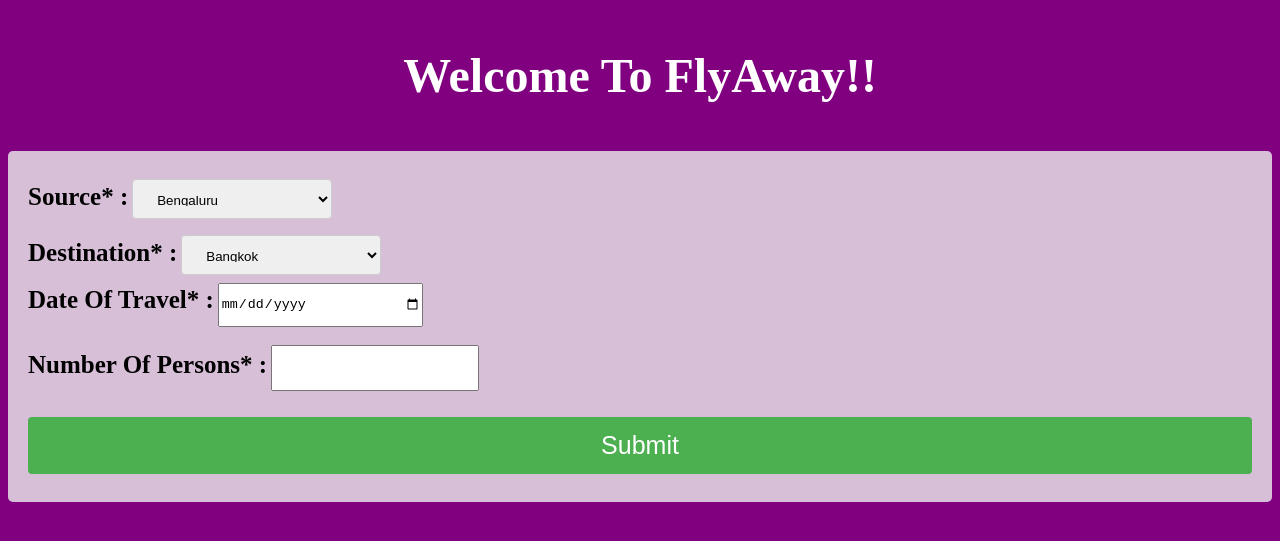
Repository: KanimozhiThandapani/Phase2AirlineBookingProject
Page: http://localhost/AirlineBooking/homepage.jsp
An editor plug-in stored every save of this project. The page is shown before and after the next save, followed by the edit.
The browser window is 1280 px wide. The pictures show the whole page.
The page is served by Tomcat 9.

Above is the page before, as saved 2022-04-22 10:51:53.

After the next save:
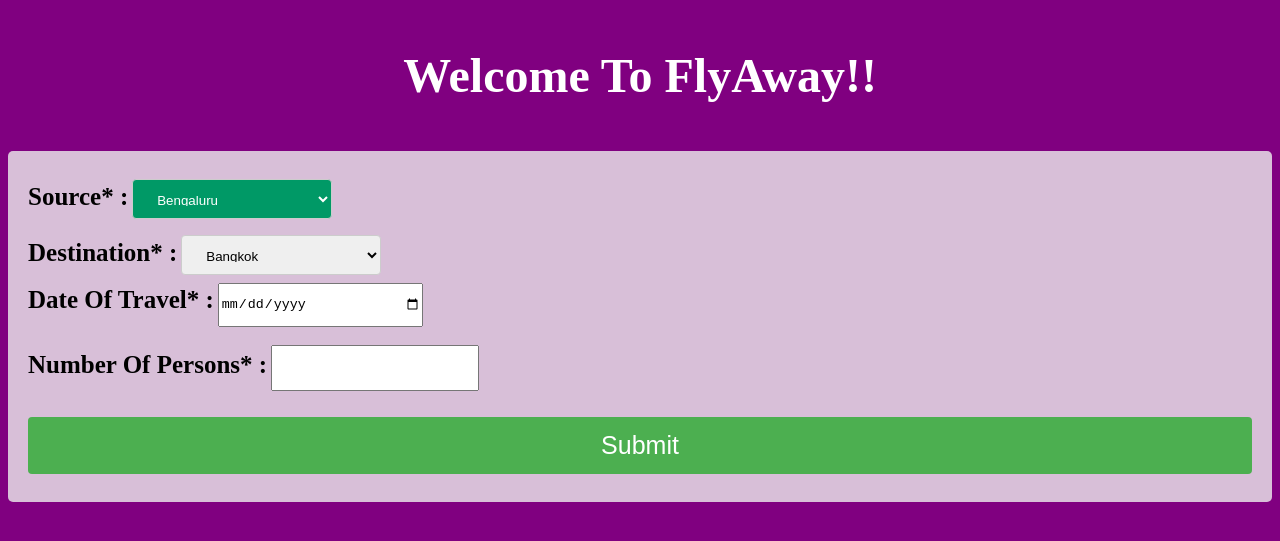
Saved 2 min 7 s later.
--- a/AirlineBooking/WebContent/homepage.jsp
+++ b/AirlineBooking/WebContent/homepage.jsp
@@ -49,7 +49,7 @@ h3 {
   <form action="flightDetails" method="get">
 
     <label for="source" style="font-size: 25px"><strong>Source* :</strong></label>
-    <select id="source" name="source" style="width:200px;height: 40px;">
+    <select id="source" name="source" style="width:200px;height: 40px; background: #009966; color: #FFF;">
       <option value="bengaluru">Bengaluru</option>
       <option value="chennai">Chennai</option>
       <option value="kochi">Kochi</option>
